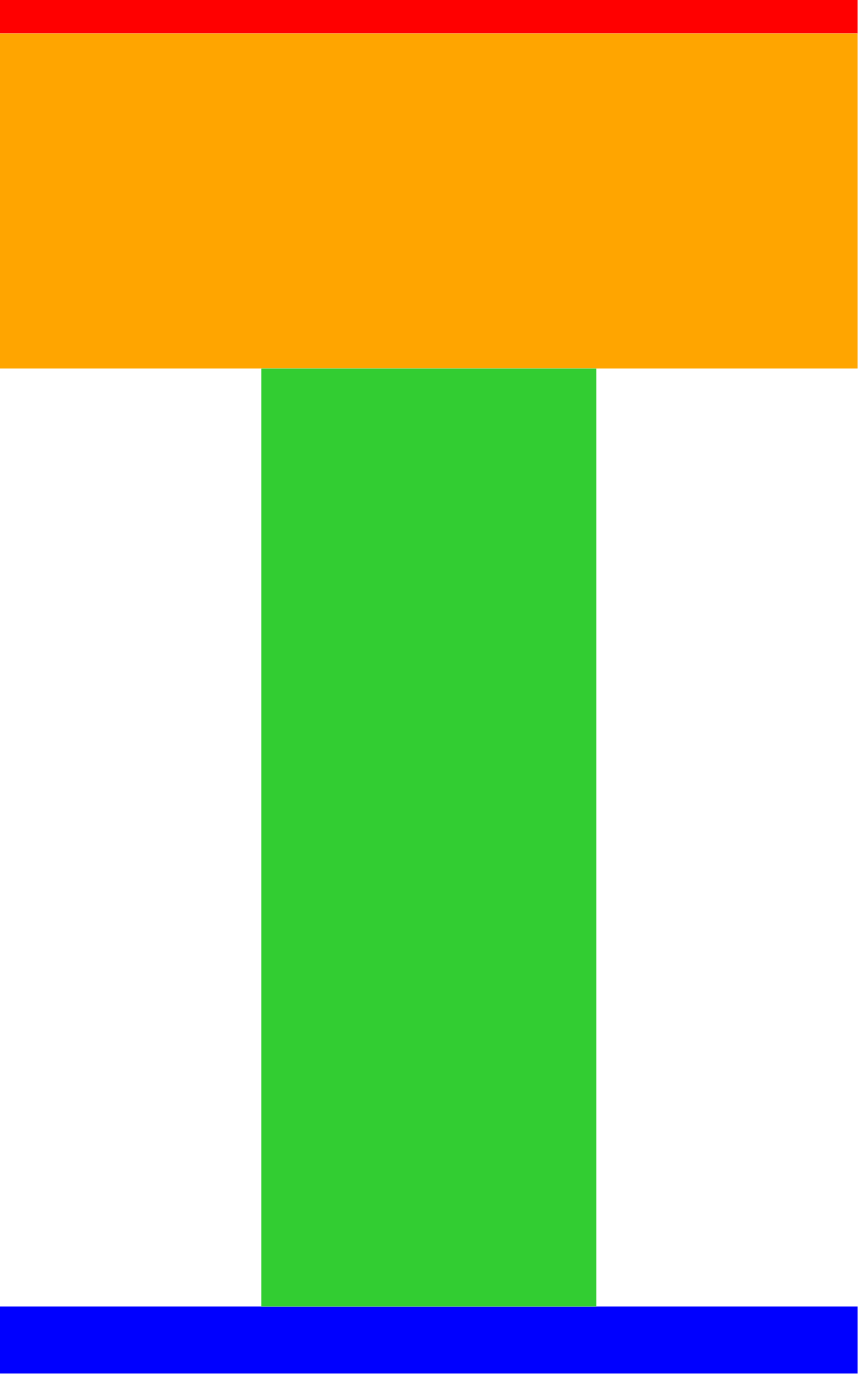
Repository: kawashimq/git-practice
Page: practice/practice-html-4.html
The author's editor kept a record of every edit. The page is drawn from the files as they stood at one moment, then again after the next edit.
The browser window is 1280 px wide. The pictures show the whole page, at 67% of full size.

Above is the page before.

After the next edit:
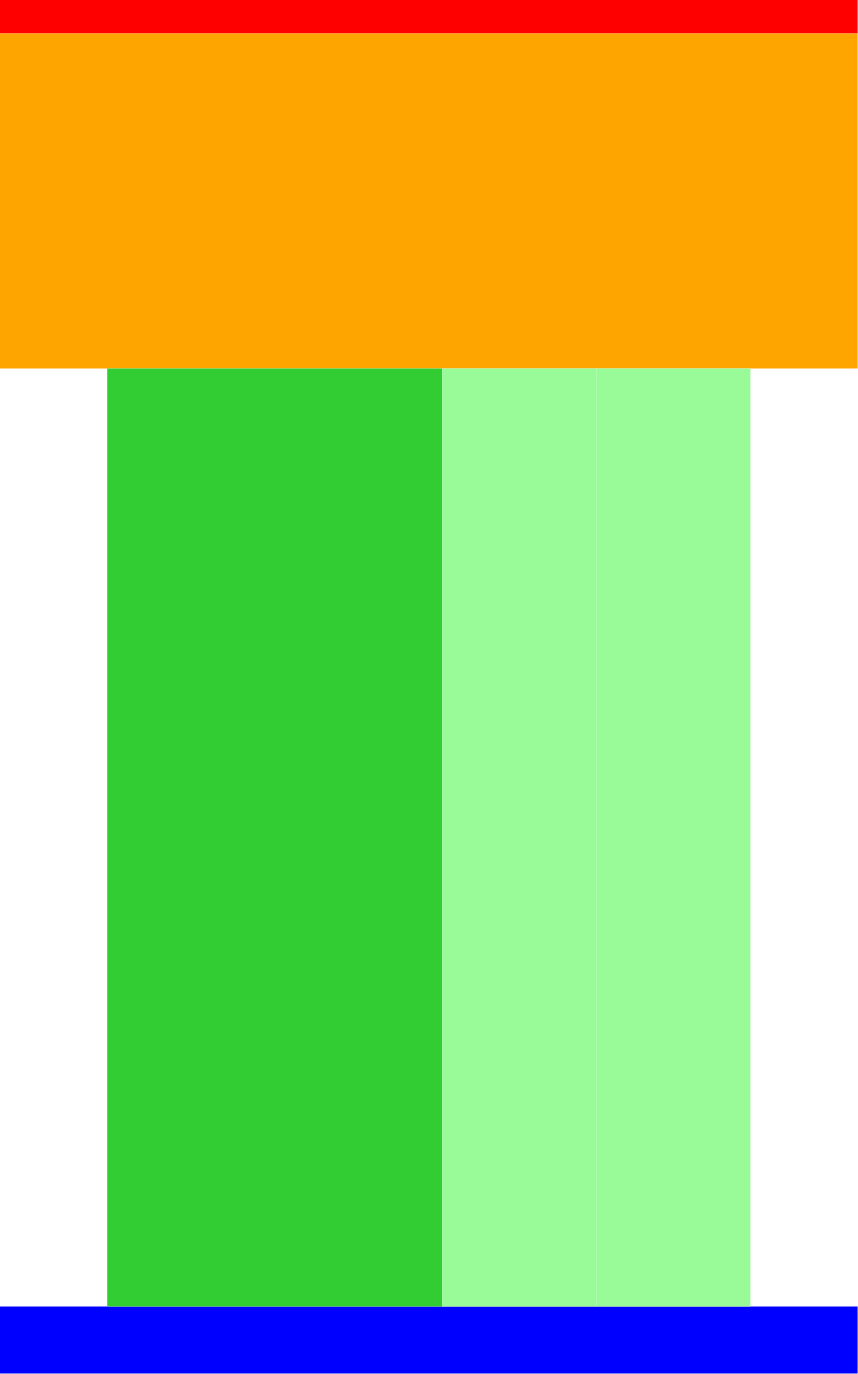
The edit:
--- a/practice/practice-html-4.html
+++ b/practice/practice-html-4.html
@@ -15,7 +15,8 @@
 
     <div class="main">
       <div class="blog"></div>
-      <div class="sidebar"></div>
+      <div class="sidebar-left"></div>
+      <div class="sidebar-right"></div>
     </div>
 
     <div class="footer"></div>
